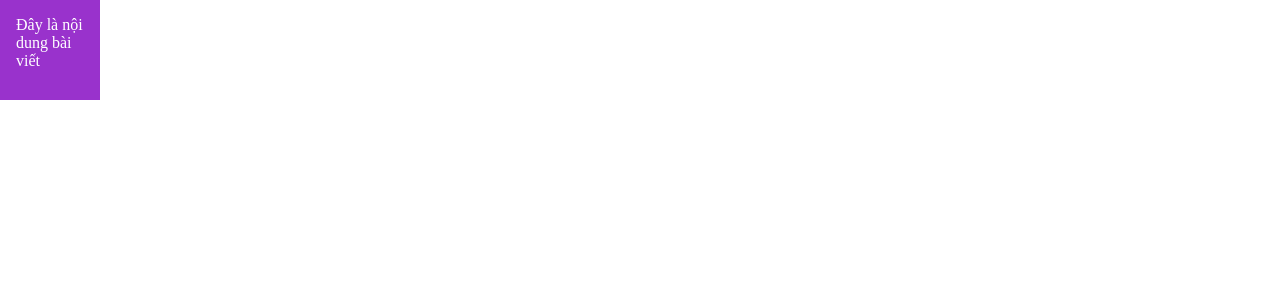
Repository: critdang/electro_store
Page: javascript_project/HTML &CSS practice/index.html
These files come from the project's save history. The page is drawn as it stood at one moment and after the next save; the edit follows.
The browser window is 1280 px wide. The pictures show the whole page.

Above is the page before, as saved 2021-10-01 22:28:42.

After the next save:
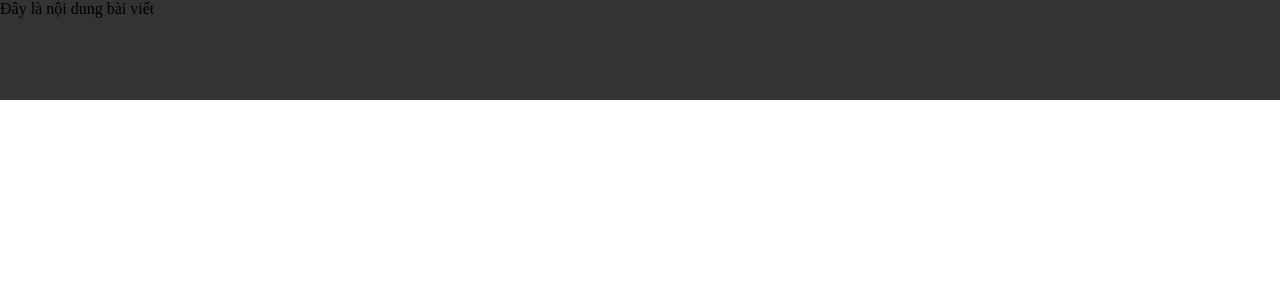
Saved 3 min 18 s later.
--- a/javascript_project/HTML &CSS practice/index.html
+++ b/javascript_project/HTML &CSS practice/index.html
@@ -9,19 +9,15 @@
             html,body{
                 margin:0
             }
-            .box{
-                width:100px;
-                height:100px;
-                color: #fff;
-                background-color: darkorchid;
-                padding: 16px;
-
-                box-sizing: border-box; chiều ngang bằng tổng border padding content
+            .header{
+                width:100%;
+                height: 100px;
+                background-color: #333;
             }
         </style>
     </head>
     <body>
-        <div class="box">
+        <div class="header">
             Đây là nội dung bài viết
         </div>
     </body>
